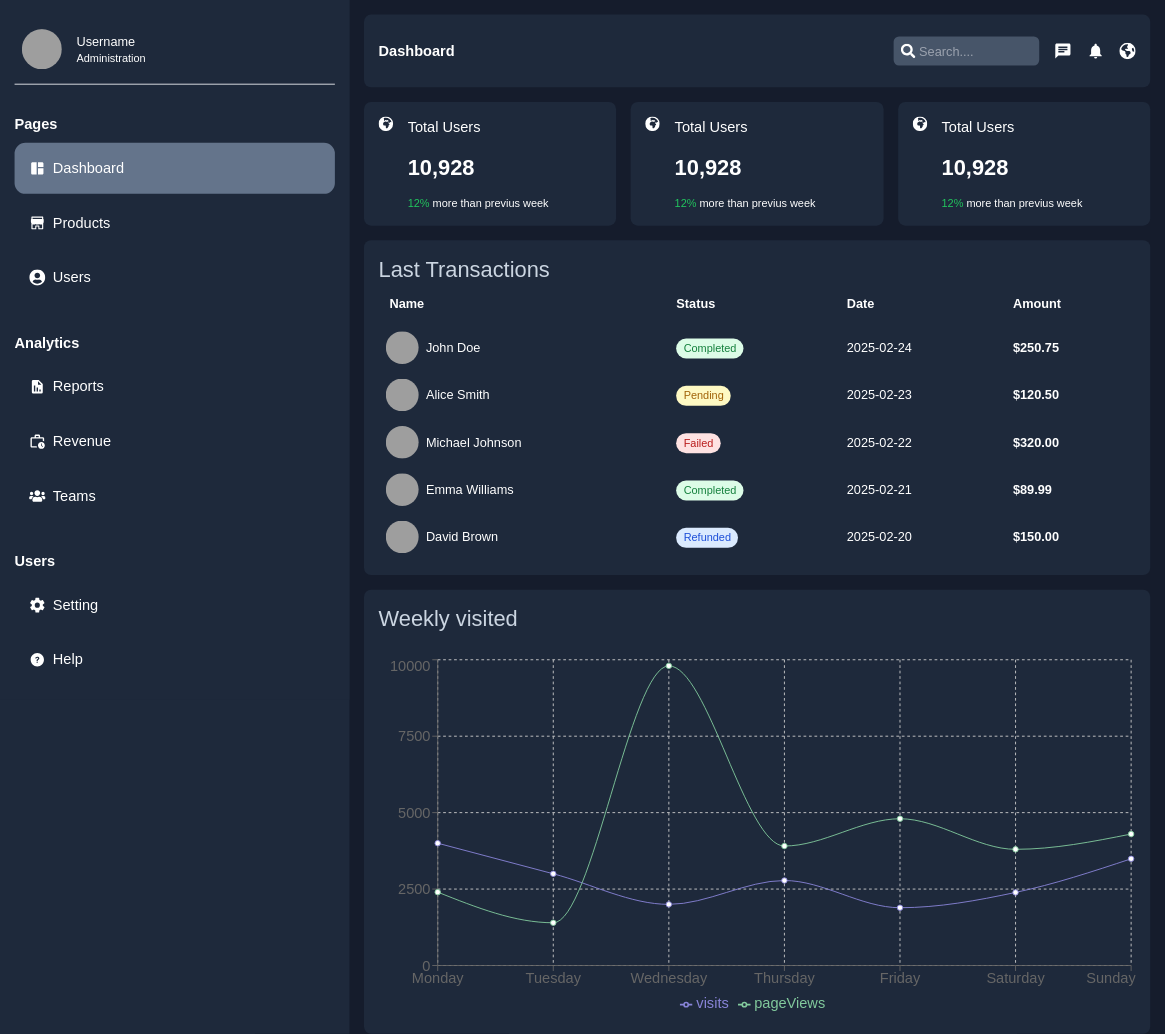
Repository: Than-sothearak/next-computer-admin
Page: /dashboard
The author's editor kept a copy of each file at every save. The page is drawn from the files as they stood at one save, then again after the next save.
The browser window is 1280 px wide. The pictures show the whole page, at 91% of full size.
Pictures or frames that could not be fetched are drawn as grey boxes. The project was rebuilt for these pictures with package versions that can differ from the ones it lists, and the page was loaded fresh each time. The framework's server and built-in components were replaced by stand-ins that run in the browser. Also part of the build but not shown: next.config.mjs.

Above is the page before, as saved 2025-02-24 23:32:03.

### app/layout.js
import { Geist, Geist_Mono } from "next/font/google";
import "./globals.css";

const geistSans = Geist({
  variable: "--font-geist-sans",
  subsets: ["latin"],
});

const geistMono = Geist_Mono({
  variable: "--font-geist-mono",
  subsets: ["latin"],
});

export const metadata = {
  title: "Computer shop admin",
  description: "Computer shop admin",
};

export default function RootLayout({ children }) {
  return (
    <html lang="en">
      <body
        className={`${geistSans.variable} ${geistMono.variable} antialiased`}
      >
        {children}
      </body>
    </html>
  );
}

### app/dashboard/layout.js
import { Navbar } from "@/components/dashboard/navbar/navbar";
import { Sidebar } from "@/components/dashboard/sidebar/sidebar";

export default function DashboardLayout({ children }) {
  return (
    <div className="flex">
      <div className="bg-slate-800">
        <Sidebar />
      </div>
      <div className="w-full mt-4 mx-4">
        <Navbar />
        <div>{children}</div>
      </div>
    </div>
  );
}

### app/dashboard/page.js
import LastTransactionComponent from "@/components/LastTransactionsComponent";
import LineChartComponent from "@/components/LineChartComponent";
import { FaEarthAfrica } from "react-icons/fa6";
const DashboardPage = () => {
  return (
    <>
      <div className="mt-4 rounded-lg flex max-sm:flex-wrap gap-4">
        <div className="w-full justify-start items-start flex gap-4 p-4 bg-slate-800 rounded-lg ">
          <div>
            <FaEarthAfrica />
          </div>
          <div className="flex flex-col gap-4">
            <h2>Total Users</h2>
            <h1 className="text-2xl font-bold">10,928</h1>
            <p className="text-green-500 text-xs">
              12% <span className="text-white">more than previus week</span>
            </p>
          </div>
        </div>

        <div className="w-full justify-start items-start flex gap-4 p-4 bg-slate-800 rounded-lg ">
          <div>
            <FaEarthAfrica />
          </div>
          <div className="flex flex-col gap-4">
            <h2>Total Users</h2>
            <h1 className="text-2xl font-bold">10,928</h1>
            <p className="text-green-500 text-xs">
              12% <span className="text-white">more than previus week</span>
            </p>
          </div>
        </div>

        <div className="w-full justify-start items-start flex gap-4 p-4 bg-slate-800 rounded-lg ">
          <div>
            <FaEarthAfrica />
          </div>
          <div className="flex flex-col gap-4">
            <h2>Total Users</h2>
            <h1 className="text-2xl font-bold">10,928</h1>
            <p className="text-green-500 text-xs">
              12% <span className="text-white">more than previus week</span>
            </p>
          </div>
        </div>
      </div>

      <LastTransactionComponent />

      <LineChartComponent />
    </>
  );
};

export default DashboardPage;

### app/globals.css
@tailwind base;
@tailwind components;
@tailwind utilities;

:root {
    --bg: #151c2c;
    --bgSoft: #182237;
    --text: white;
    --textSoft: #b7bac1;
}

*{
    margin:  0;
    padding: 0;
    box-sizing: border-box;
    font-family:Arial, Helvetica, sans-serif
}

body {
    background-color: var(--bg);
    color: var(--text);
}

a {
    color: inherit;
    text-decoration: none;
}

### components/dashboard/navbar/navbar.js
import { FaSearch } from "react-icons/fa";
import { MdChat, MdNotifications } from "react-icons/md";
import { FaEarthAmericas } from "react-icons/fa6";
export const Navbar = () => {
  return (
    <div className="bg-slate-800 py-6 px-4 rounded-lg w-full flex justify-between items-center">
      <div>
        <h2 className="font-bold">Dashboard</h2>
      </div>
      <div className="flex gap-4 items-center">
        <div className="bg-slate-600 rounded-md w-40 flex relative items-center justify-start pl-2 gap-2 py-2">
          <FaSearch />
          <input
            type="text"
            placeholder="Search...."
            className="w-28 text-sm border-none outline-none ring-0 focus:ring-0 focus:outline-none bg-transparent absolute top-0 bottom-0 left-7 overflow-hidden"
          />
        </div>
        <div className="cursor-pointer"><MdChat size={20}/></div>
        <div className="cursor-pointer"><MdNotifications size={20}/></div>
        <div className="cursor-pointer"><FaEarthAmericas size={18}/></div>
      </div>
    </div>
  );
};

### components/dashboard/sidebar/sidebar.js
"use client"
import { useState } from "react";
import { analyticNavigation, pageNavigation, userNavigation } from "@/lib/navLinks";
import { SidebarList } from "@/components/SidebarList";
import { IoMdMenu } from "react-icons/io";
import { IoClose } from "react-icons/io5";
import { SidebarListMobile } from "@/components/SidebarListMobile";

export const Sidebar = () => {
  const [isOpen, setIsOpen] = useState(false);

  return (
    <>

      <div className="mt-2 flex justify-center items-center lg:hidden">
      <span className="text-white text-lg font-semibold"></span>
        <button
          onClick={() => setIsOpen(true)}
          aria-label="Open Sidebar"
          title="Open Sidebar"
        >
          <IoMdMenu size={28} />
        </button>
      </div>
    {/* Mobile side */}
      <div className="lg:hidden ml-1 mt-4">
        <SidebarListMobile navList={pageNavigation}/>
        <SidebarListMobile navList={analyticNavigation} />
        <SidebarListMobile navList={userNavigation} />
      </div>


      <div
        className={`bg-slate-800 p-4 w-96 fixed top-0 left-0 z-50 transform transition-transform duration-700 ease-in-out
          ${isOpen ? "translate-x-0" : "-translate-x-full"} lg:translate-x-0 lg:static max-sm:w-full
        `}
      >

        <div className="flex justify-between items-center  lg:hidden">
          <span className="text-white text-lg font-semibold">Menu</span>
          <button
            onClick={() => setIsOpen(false)}
            aria-label="Close Sidebar"
            title="Close Sidebar"
            className="text-white"
          >
            <IoClose size={28} />
          </button>
        </div>


        <div className="cursor-pointer flex items-center gap-4 px-2 py-4 text-white">
          <img className="w-11 h-11 bg-cover rounded-full"src="https://static.vecteezy.com/system/resources/previews/005/544/718/non_2x/profile-icon-design-free-vector.jpg"/>
          <div className="">
            <h1 className="text-sm">Username</h1>
            <p className="text-xs">Administration</p>

          </div>

          </div>
          <hr />

        <SidebarList navList={pageNavigation} />
        <SidebarList navList={analyticNavigation} />
        <SidebarList navList={userNavigation} />
      </div>

      {/* Overlay (closes sidebar when clicked) */}
      {isOpen && (
        <div
          className="fixed inset-0 bg-black bg-opacity-50 lg:hidden"
          onClick={() => setIsOpen(false)}
        />
      )}
    </>
  );
};

### components/LastTransactionsComponent.js
import { latestTransactions } from "@/data/lastTransactions";

export default function LastTransactionComponent () {

    const statusColors = {
        Completed: "bg-green-100 text-green-700",
        Pending: "bg-yellow-100 text-yellow-700",
        Failed: "bg-red-100 text-red-700",
        Refunded: "bg-blue-100 text-blue-700",
      };
    return (
        <div className="mt-4 rounded-lg bg-slate-800 p-4">
        <h1 className="text-2xl text-slate-300">Last Transactions</h1>
        <div>
        <table className="w-full rounded-lg overflow-hidden">
          <thead className="text-sm">
            <tr>
              <th className="p-3 text-left">Name</th>
              <th className="p-3 text-left">Status</th>
              <th className="p-3 text-left">Date</th>
              <th className="p-3 text-left">Amount</th>
            </tr>
          </thead>
          <tbody className="text-sm">
            {latestTransactions.map((transaction, index) => (
              <tr
                key={index}
                className=" transition-all"
              >
                <td className="p-2 flex gap-2 items-center"><img className="object-cover w-9 h-9 rounded-full " src="https://wac-cdn.atlassian.com/dam/jcr:ba03a215-2f45-40f5-8540-b2015223c918/Max-R_Headshot%20(1).jpg?cdnVersion=2574"/>{transaction.name}</td>
                <td className="p-3">
                  <span
                    className={`px-2 py-1 rounded-full text-xs font-medium ${
                      statusColors[transaction.status] || "bg-gray-100 text-gray-700"
                    }`}
                  >
                    {transaction.status}
                  </span>
                </td>
                <td className="p-3">{transaction.date}</td>
                <td className="p-3 font-semibold">${transaction.amount.toFixed(2)}</td>
              </tr>
            ))}
          </tbody>
        </table>
        </div>
      </div>
    )


}

### components/LineChartComponent.js
"use client"
import { LineChart, Line, XAxis, YAxis, CartesianGrid, Tooltip, Legend, ResponsiveContainer } from 'recharts';

const data = [
  {
    name: 'Monday',
    visits: 4000,
    pageViews: 2400,
    bounceRate: 2400,
  },
  {
    name: 'Tuesday',
    visits: 3000,
    pageViews: 1398,
    bounceRate: 2210,
  },
  {
    name: 'Wednesday',
    visits: 2000,
    pageViews: 9800,
    bounceRate: 2290,
  },
  {
    name: 'Thursday',
    visits: 2780,
    pageViews: 3908,
    bounceRate: 2000,
  },
  {
    name: 'Friday',
    visits: 1890,
    pageViews: 4800,
    bounceRate: 2181,
  },
  {
    name: 'Saturday',
    visits: 2390,
    pageViews: 3800,
    bounceRate: 2500,
  },
  {
    name: 'Sunday',
    visits: 3490,
    pageViews: 4300,
    bounceRate: 2100,
  },
];



export default function LineChartComponent() {
    return (
      <div className='mt-4 p-4 bg-slate-800 rounded-lg'>
        <h1 className="text-2xl text-slate-300">Weekly visited</h1>
        <div className='mt-6'>
        <ResponsiveContainer width="100%" height={400}>
        <LineChart data={data}>
          <CartesianGrid strokeDasharray="3 3" />
          <XAxis dataKey="name" />
          <YAxis />
          <Tooltip />
          <Legend />
          <Line type="monotone" dataKey="visits" stroke="#8884d8" />
          <Line type="monotone" dataKey="pageViews" stroke="#82ca9d" />
        </LineChart>
      </ResponsiveContainer>
        </div>
      </div>
    );
  }

### lib/navLinks.js
import { MdSpaceDashboard } from "react-icons/md";
import { AiFillShop } from "react-icons/ai"; // Replace with correct icon if needed
import { FaUserCircle, FaUsers } from "react-icons/fa";
import { BiSolidReport } from "react-icons/bi";
import { MdOutlineWorkHistory } from "react-icons/md";
import { IoSettingsSharp } from "react-icons/io5";
import { IoIosHelpCircle } from "react-icons/io";

export const pageNavigation = {
  name: "Pages",
  links: [ {
    path: "/dashboard",
    name: "Dashboard",
    icon: <MdSpaceDashboard size={18} />,
  },
  {
    path: "/dashboard/products",
    name: "Products",
    icon: <AiFillShop size={18} />,
  },
  {
    path: "/dashboard/users",
    name: "Users",
    icon: <FaUserCircle size={18} />,
  },]
}

export const analyticNavigation = {
  name: "Analytics",
  links: [
    {
      path: "/reports",
      name: "Reports",
      icon: <BiSolidReport size={18} />,
    },
    {
      path: "/revenue",
      name: "Revenue",
      icon: <MdOutlineWorkHistory size={18} />,
    },
    {
      path: "/dashboard/teams",
      name: "Teams",
      icon: <FaUsers size={18} />,
    },
  ]
}

export const userNavigation = {
  name: "Users",
  links: [
    {
      path: "/setting",
      name: "Setting",
      icon: <IoSettingsSharp size={18} />,
    },
    {
      path: "/help",
      name: "Help",
      icon: <IoIosHelpCircle size={18} />,
    },

  ]
}

  ;

### components/SidebarList.js
"use client"
import Link from 'next/link'
import { usePathname } from 'next/navigation';

export const SidebarList = ({navList}) => {
    const pathName = usePathname();
  return (
    <div className="mt-8 font-bold">
    {navList.name}
    <ul className="flex flex-col gap-1 mt-2 cursor-pointer">
      {navList.links.map((item) => (
        <Link
        title={item.name}
          href={item.path}
          key={item.path}
          className={`hover:bg-slate-700 flex gap-2 justify-start items-center ${
            pathName === item.path ? "bg-slate-500 hover:bg-slate-500" : "bg-balck "
          } rounded-xl px-4 py-4`}
        >
          <div>{item.icon}</div>
          <h2 className='font-normal'>{item.name}</h2>
        </Link>
      ))}
    </ul>
  </div>
  )
}

### components/SidebarListMobile.js
"use client"
import Link from 'next/link'
import { usePathname } from 'next/navigation';

export const SidebarListMobile = ({navList}) => {
    const pathName = usePathname();
  return (
    <div className="mt-4">
    <ul className="flex flex-col gap-1 mt-2 cursor-pointer">
      {navList.links.map((item) => (
        <Link
        title={item.name}
          href={item.path}
          key={item.path}
          className={`flex gap-2 justify-start items-center hover:bg-slate-800 ${
            pathName === item.path ? "bg-slate-500 hover:bg-slate-500" : "bg-balck "
          } rounded-xl px-4 py-4`}
        >
          <div>{item.icon}</div>

        </Link>
      ))}
    </ul>
  </div>
  )
}

### data/lastTransactions.js
export const latestTransactions = [
    {
      name: "John Doe",
      status: "Completed",
      date: "2025-02-24",
      amount: 250.75,
    },
    {
      name: "Alice Smith",
      status: "Pending",
      date: "2025-02-23",
      amount: 120.50,
    },
    {
      name: "Michael Johnson",
      status: "Failed",
      date: "2025-02-22",
      amount: 320.00,
    },
    {
      name: "Emma Williams",
      status: "Completed",
      date: "2025-02-21",
      amount: 89.99,
    },
    {
      name: "David Brown",
      status: "Refunded",
      date: "2025-02-20",
      amount: 150.00,
    },

  ];

Loaded but not shown: tailwind.config.mjs (common file)

After the next save:
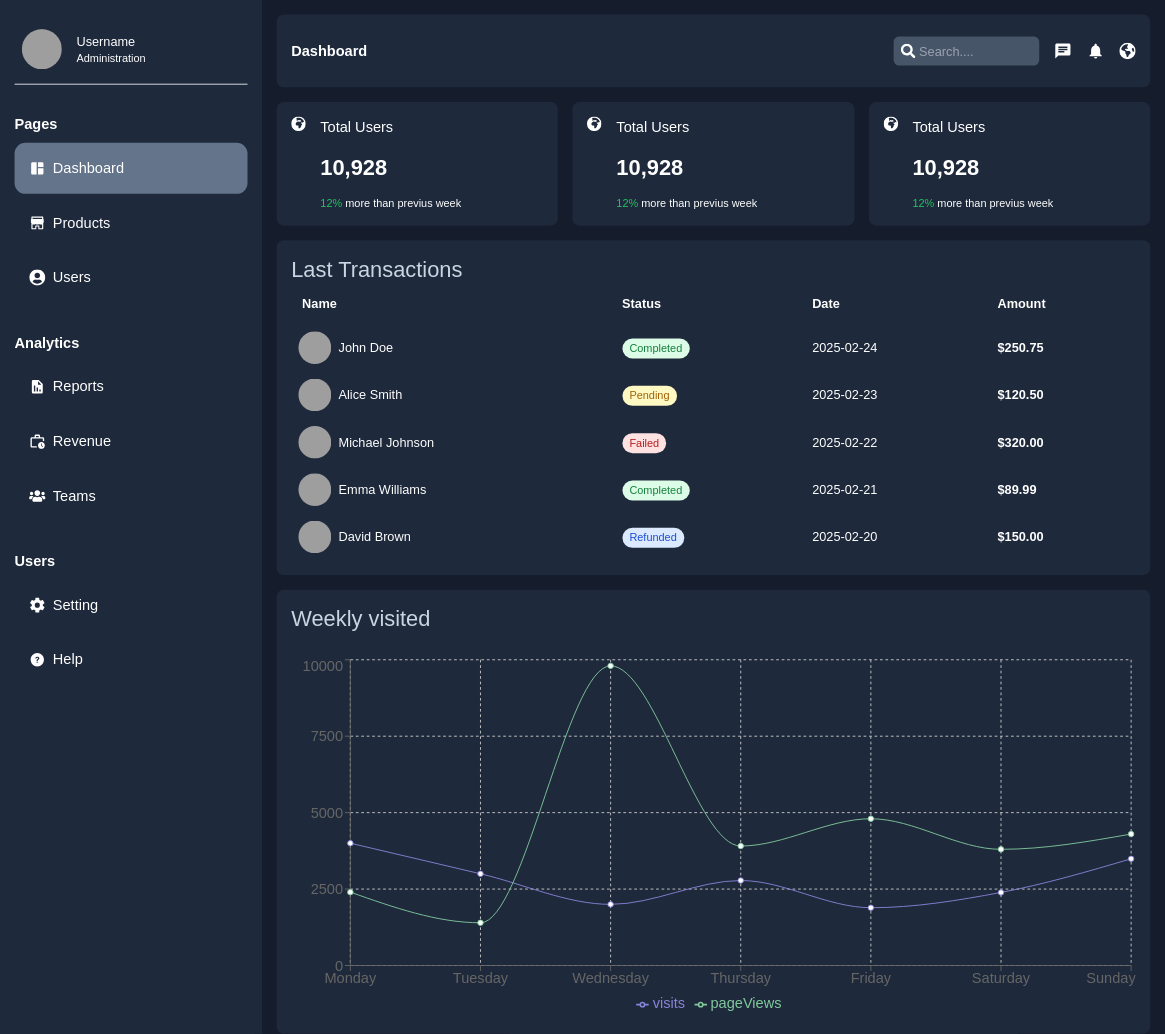
Saved 8 s later.
--- a/components/dashboard/sidebar/sidebar.js
+++ b/components/dashboard/sidebar/sidebar.js
@@ -31,7 +31,7 @@ export const Sidebar = () => {
 
 
       <div
-        className={`bg-slate-800 p-4 w-96 fixed top-0 left-0 z-50 transform transition-transform duration-700 ease-in-out
+        className={`bg-slate-800 p-4 w-72 fixed top-0 left-0 z-50 transform transition-transform duration-700 ease-in-out
           ${isOpen ? "translate-x-0" : "-translate-x-full"} lg:translate-x-0 lg:static max-sm:w-full
         `}
       >
